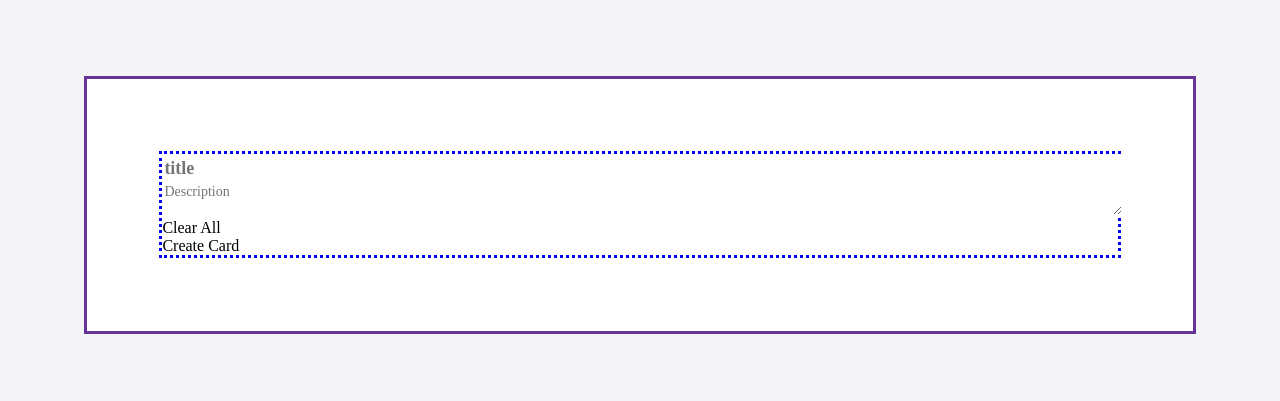
Repository: ReyhanehRahmani/TO-DO
Page: index.html
An editor plug-in stored every save of this project. The page is shown before and after the next save, followed by the edit.
The browser window is 1280 px wide. The pictures show the whole page.

Above is the page before, as saved 2025-06-07 22:19:53.

After the next save:
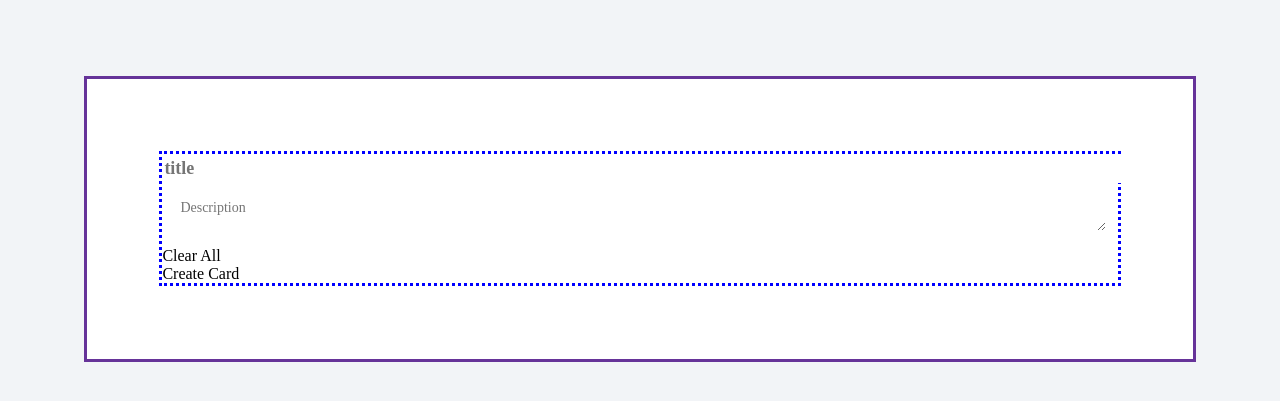
Saved 34 s later.
--- a/style.css
+++ b/style.css
@@ -40,3 +40,15 @@ body{
     letter-spacing: -3%;
 
 }
+
+#description{
+    width: 318;
+    height: 150;
+    gap: 10px;
+    padding-top: 16px;
+    padding-right: 16px;
+    padding-bottom: 12px;
+    padding-left: 16px;
+    border-radius: 8px;
+
+}

After the 3 saves that followed:
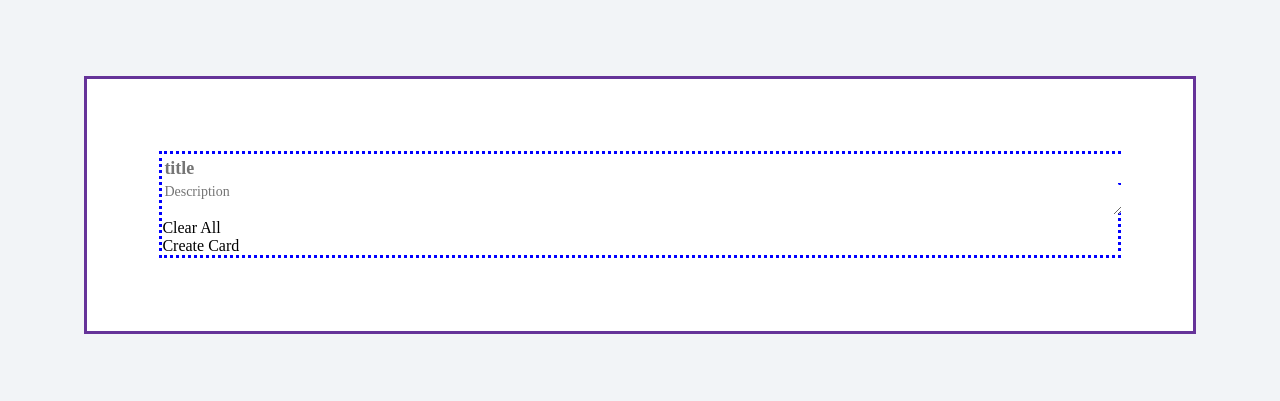
The 3 saves are shown as one change because 2 left the picture as it was.
The last was saved 87 s later.
--- a/style.css
+++ b/style.css
@@ -38,17 +38,11 @@ body{
     font-size: 14px;
     line-height: 100%;
     letter-spacing: -3%;
-
+    height: 29.182879377%;
+    border-radius: 8px;
 }
 
 #description{
-    width: 318;
-    height: 150;
-    gap: 10px;
-    padding-top: 16px;
-    padding-right: 16px;
-    padding-bottom: 12px;
-    padding-left: 16px;
-    border-radius: 8px;
+
 
 }
